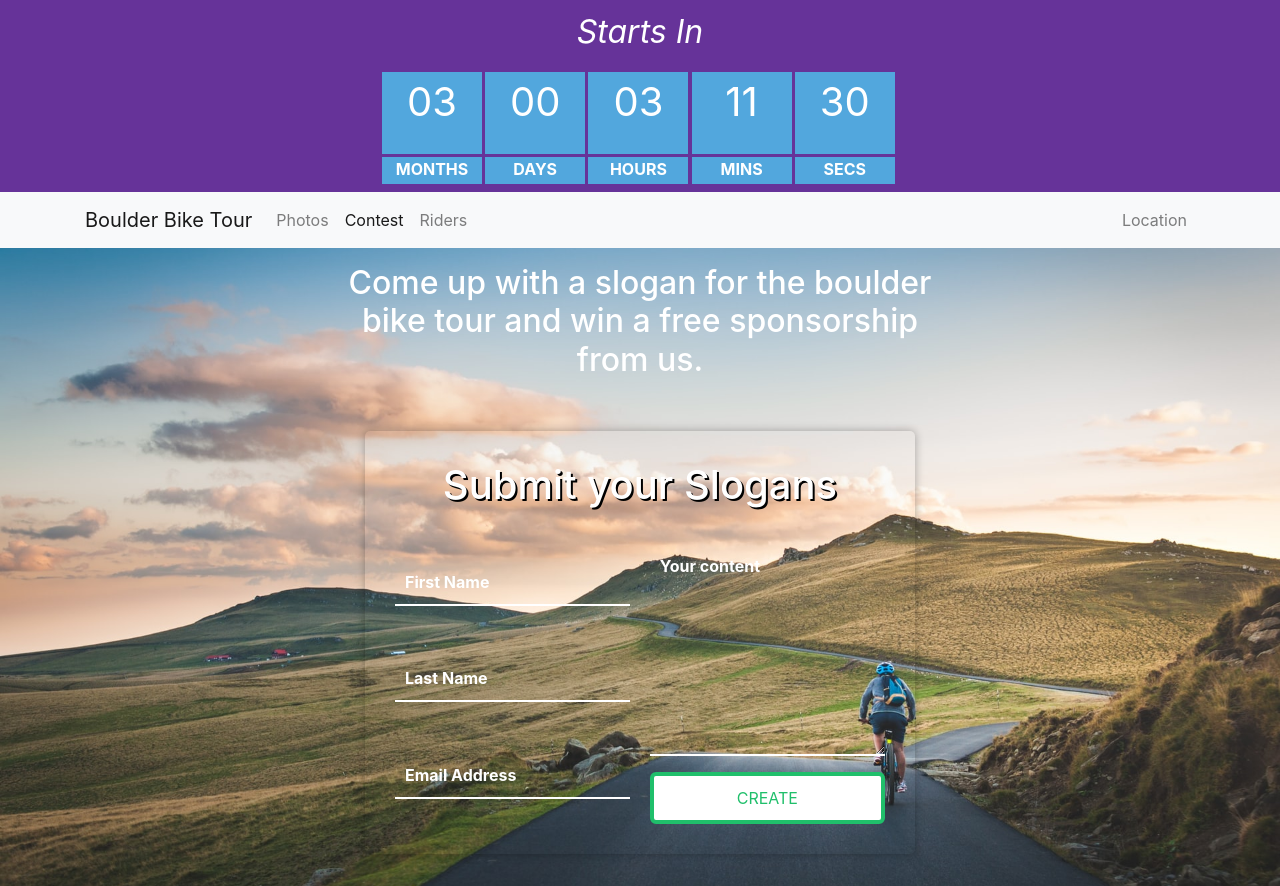
Repository: akinsikuoluwafemi/boulder_bike_tour_frontend
Page: /contest
The author's editor kept a copy of each file at every save. The page is drawn from the files as they stood at one save, then again after a run of saves.
The browser window is 1280 px wide. The pictures show the whole page.
The page's requests for data from a server got no answer. Some web libraries are served in a nearby version. The project was rebuilt for these pictures with package versions that can differ from the ones it lists, and the page was loaded fresh each time. No one was signed in, and anything a server would have sent is missing. Also part of the build but not shown: src/components/Home/LatestNews.js, src/components/Home/Winners.js, src/components/Accordions/Accordions.js, src/components/Home/FooterContent.js, src/components/Home/Home.js, src/components/Location/mapStyles.js, src/components/Spinner/Spinner.scss, src/components/Spinner/Spinner.js and 5 more.

Above is the page before, as saved 2020-08-23 08:32:50.

After the next 2 saves:
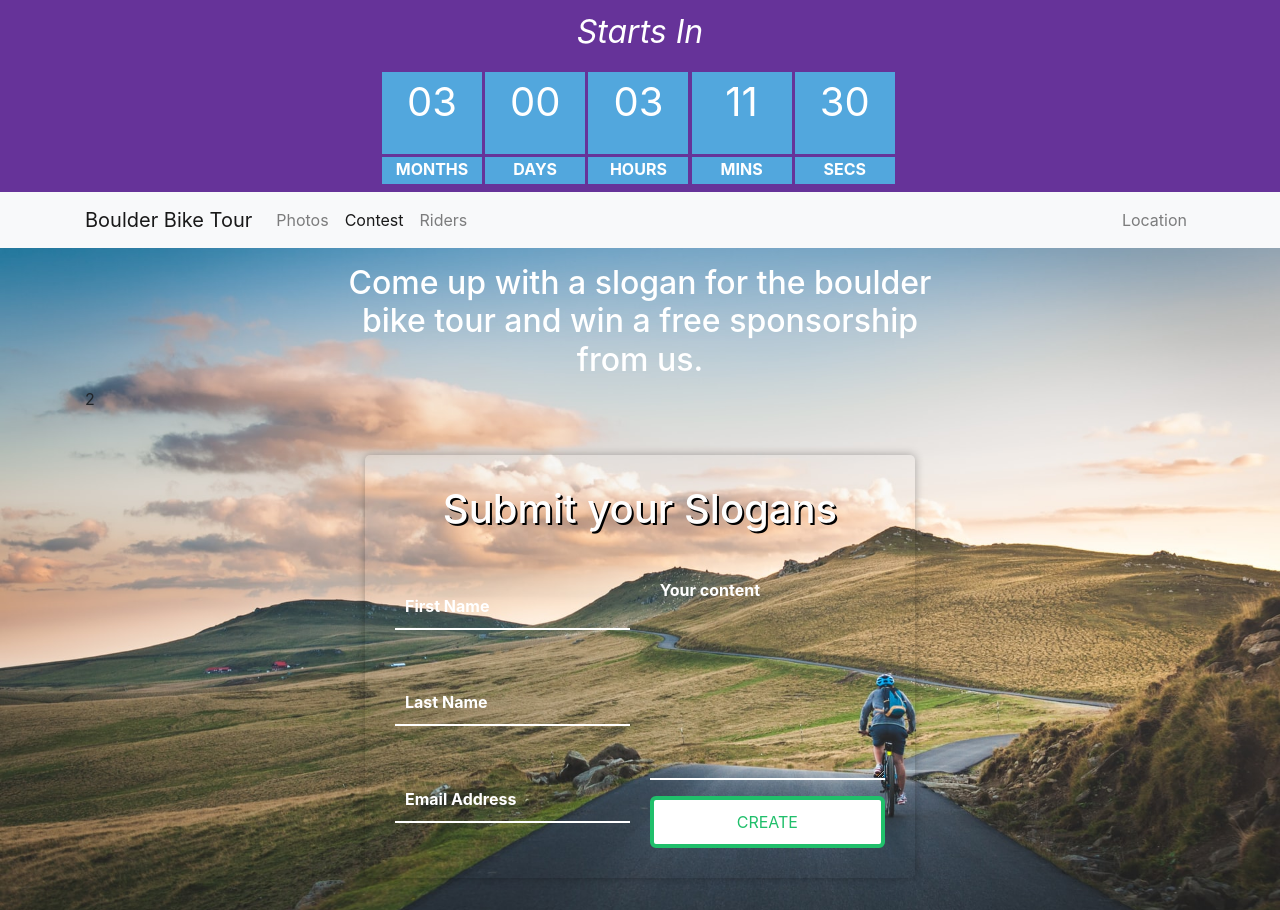
The 2 saves are shown as one change because they came seconds apart.
The last was saved 5 s later.
--- a/src/components/Contest/Contest.js
+++ b/src/components/Contest/Contest.js
@@ -79,15 +79,9 @@ const Contest = () => {
               sponsorship from us.
             </h2>
             <AlertContext.Provider value={{ alert, setAlert }}>
+              {setTimeout(() => {}, 3000)}
 
-              {
-
-
-              }
-
-              <Alert severity={alert}>
-                {renderAlertText()}
-              </Alert>
+              <Alert severity={alert}>{renderAlertText()}</Alert>
 
               <div className="px-3 py-3 form-center">
                 <Form />
